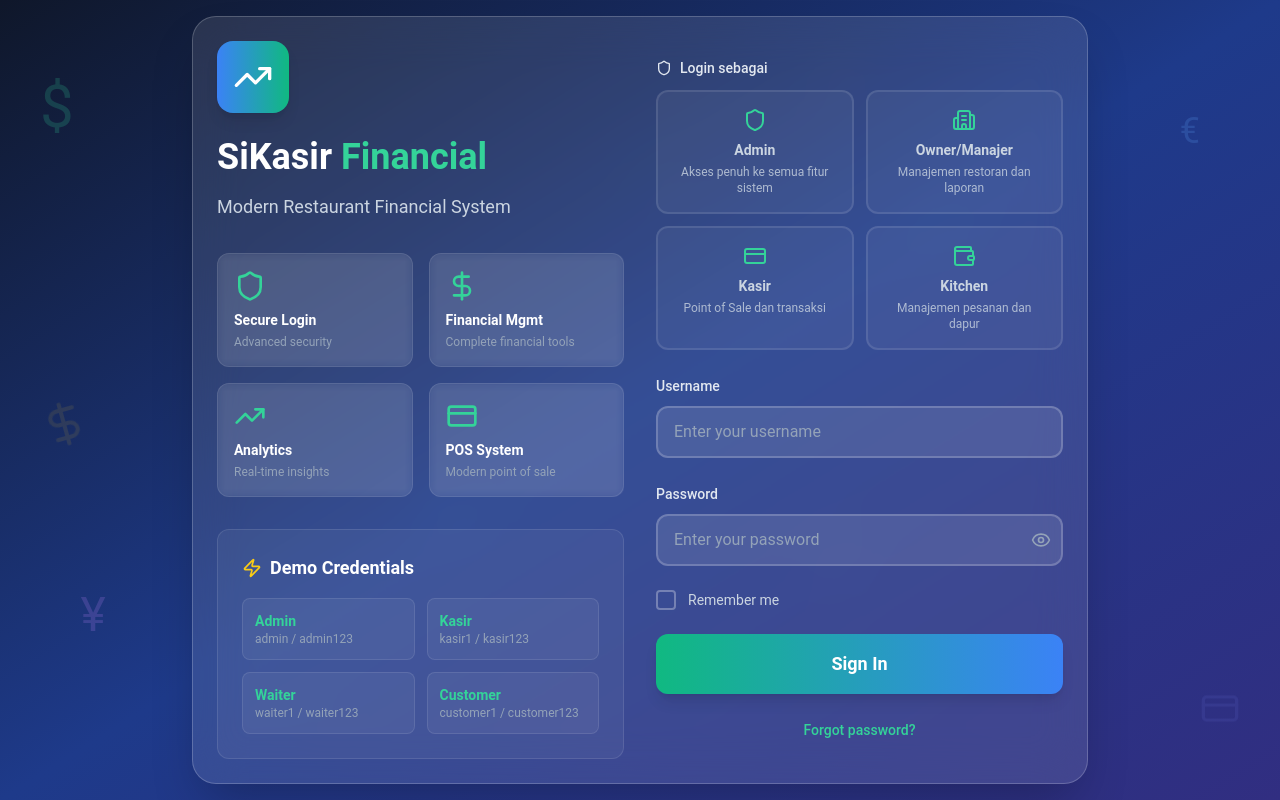
Repository: luthfirf17/SiKasir
Page: / (app in frontend/)
The author's editor kept a copy of each file at every save. The page is drawn from the files as they stood at one save, then again after the next save.
The browser window is 1280 px wide. The pictures show the whole page.
The page's requests for data from a server got no answer. The project was rebuilt for these pictures with package versions that can differ from the ones it lists, and the page was loaded fresh each time. No one was signed in, and anything a server would have sent is missing. Also part of the build but not shown: frontend/src/modules/admin/config/navigationConfig.ts, frontend/src/modules/admin/components/ModernAdminNavigation.tsx, frontend/src/modules/admin/components/AdminNavbar.tsx, frontend/src/modules/admin/layouts/AdminLayout.tsx, frontend/src/modules/admin/pages/DashboardPage.tsx, frontend/src/services/MenuService.ts, frontend/src/utils/menuDataConverter.ts, frontend/src/hooks/useMenuData.ts and 19 more.

Above is the page before, as saved 2025-09-25 17:13:51.

After the next save:
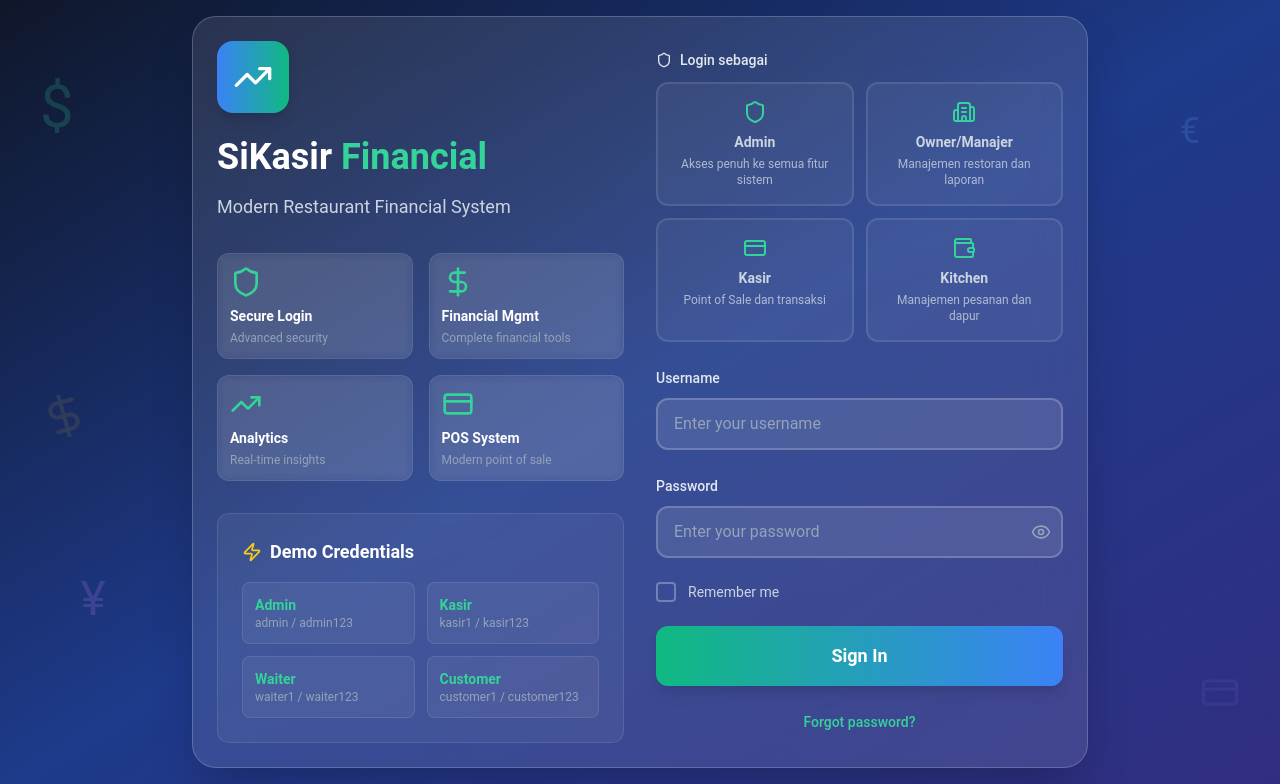
Saved 11 s later.
--- a/frontend/src/pages/LoginPage.tsx
+++ b/frontend/src/pages/LoginPage.tsx
@@ -220,10 +220,7 @@ const LoginPage = () => {
                   { icon: TrendingUp, label: 'Analytics', desc: 'Real-time insights' },
                   { icon: CreditCard, label: 'POS System', desc: 'Modern point of sale' }
                 ].map(({ icon: Icon, label, desc }, index) => (
-                  <div
-                    key={index}
-                    className="p-4 bg-white/5 backdrop-blur-sm rounded-xl border border-white/10 hover:bg-white/10 transition-all duration-300 group"
-                  >
+                  <div className="p-3 bg-white/5 backdrop-blur-sm rounded-xl border border-white/10 hover:bg-white/10 transition-all duration-300 group">
                     <Icon className="h-8 w-8 text-emerald-400 mb-2 group-hover:scale-110 transition-transform" />
                     <h3 className="text-white font-semibold text-sm mb-1">{label}</h3>
                     <p className="text-slate-400 text-xs">{desc}</p>
